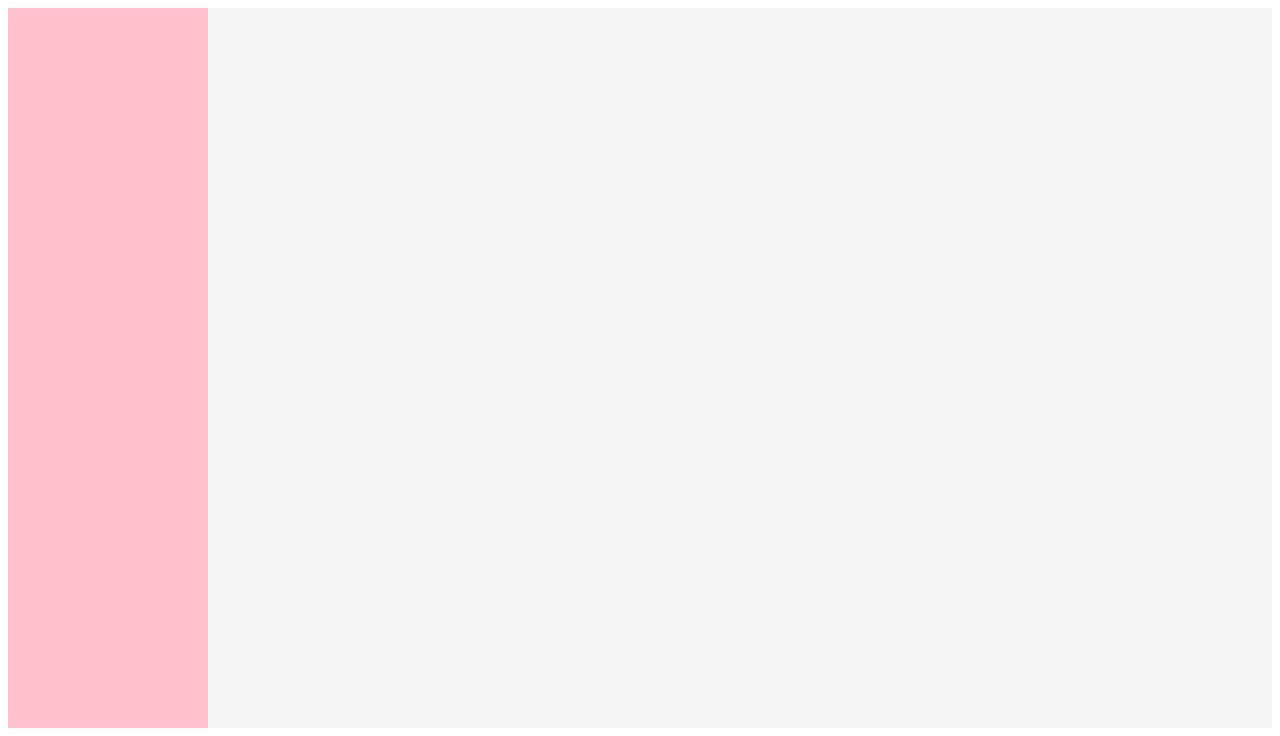
Repository: JamesPesenti/DonutShopDashboard
Page: /order-history
An editor plug-in stored every save of this project. The page is shown before and after the next save, followed by the edit.
The browser window is 1280 px wide. The pictures show the whole page.
The project was rebuilt for these pictures with package versions that can differ from the ones it lists, and the page was loaded fresh each time. Also part of the build but not shown: src/index.css, src/data/donuts.js, src/screens/OrderDetails.jsx, src/data/orders.js, src/screens/Orders.jsx.

Above is the page before, as saved 2023-03-23 08:35:49.

After the next save:
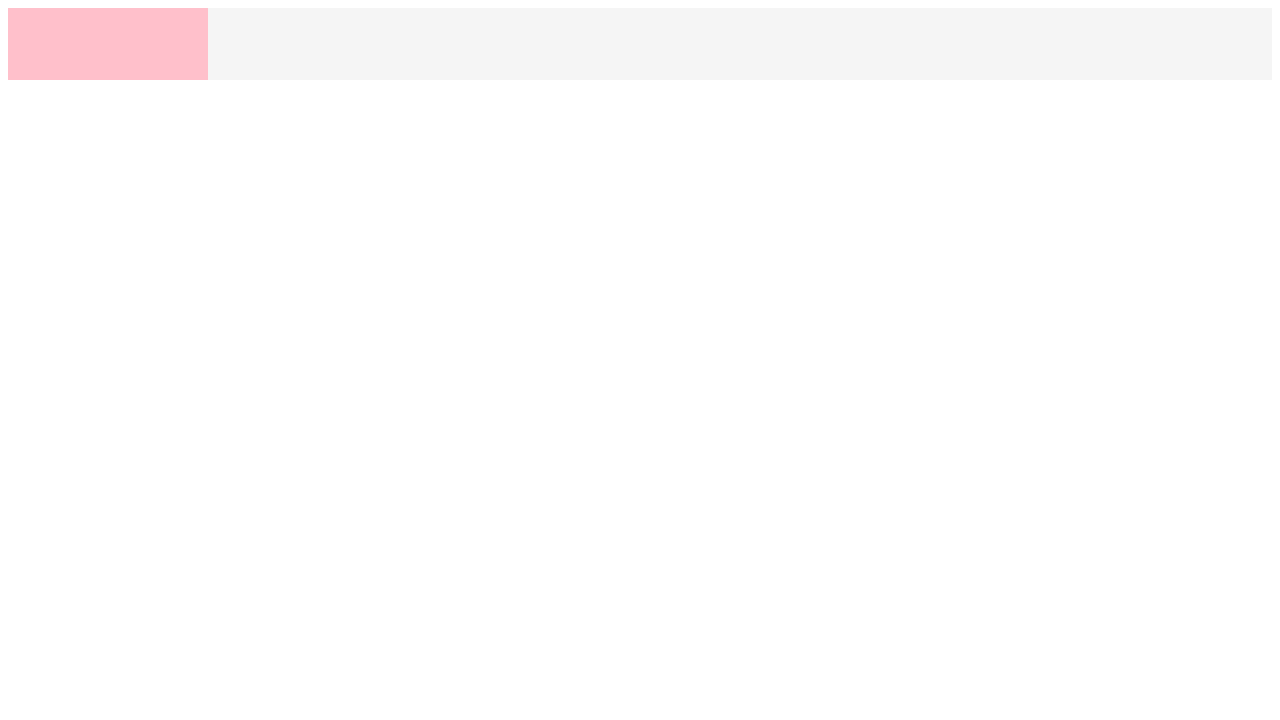
Saved 21 s later.
--- a/src/App.js
+++ b/src/App.js
@@ -9,7 +9,7 @@
   return (
     <>
     <Layout>
-       <Sider style={{height: "100vh", backgroundColor: "pink"}}>
+       <Sider style={{height: "10vh", backgroundColor: "pink"}}>
         <Image />
        </Sider>
     </Layout>

After the save that followed:
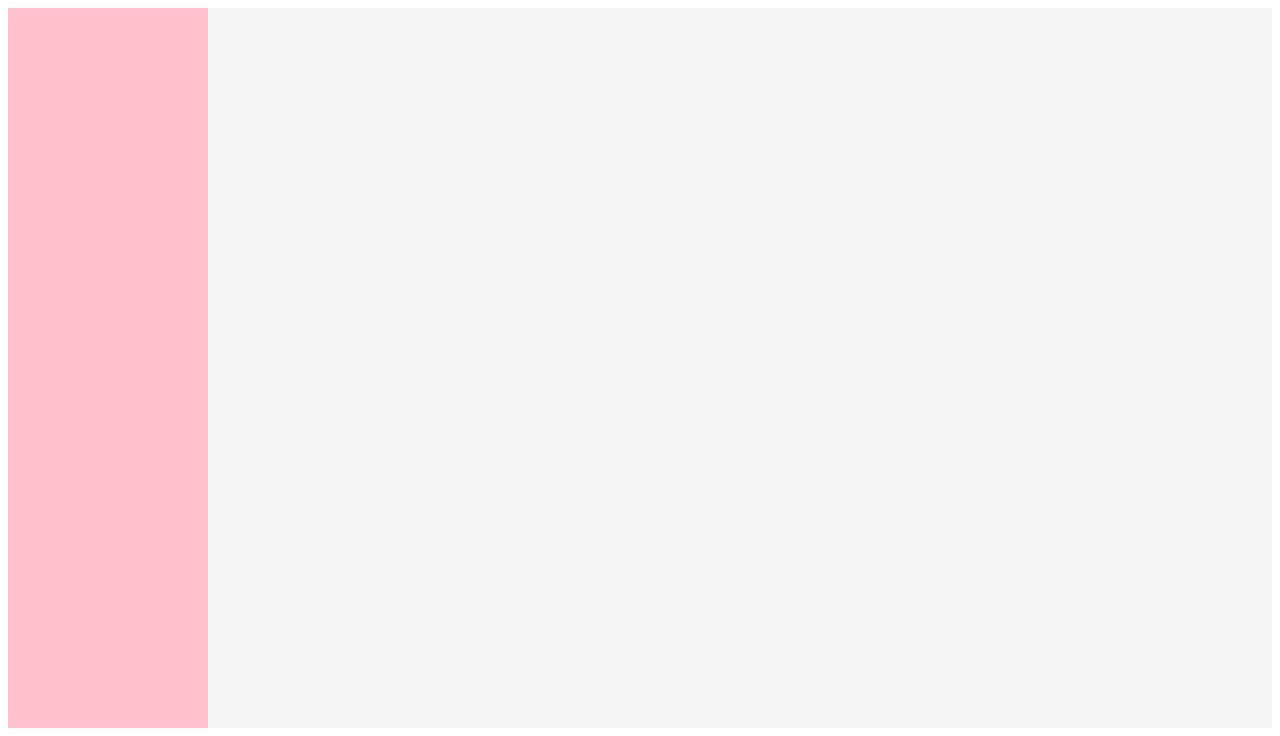
Saved 4 s later.
--- a/src/App.js
+++ b/src/App.js
@@ -9,7 +9,7 @@
   return (
     <>
     <Layout>
-       <Sider style={{height: "10vh", backgroundColor: "pink"}}>
+       <Sider style={{height: "100vh", backgroundColor: "pink"}}>
         <Image />
        </Sider>
     </Layout>
